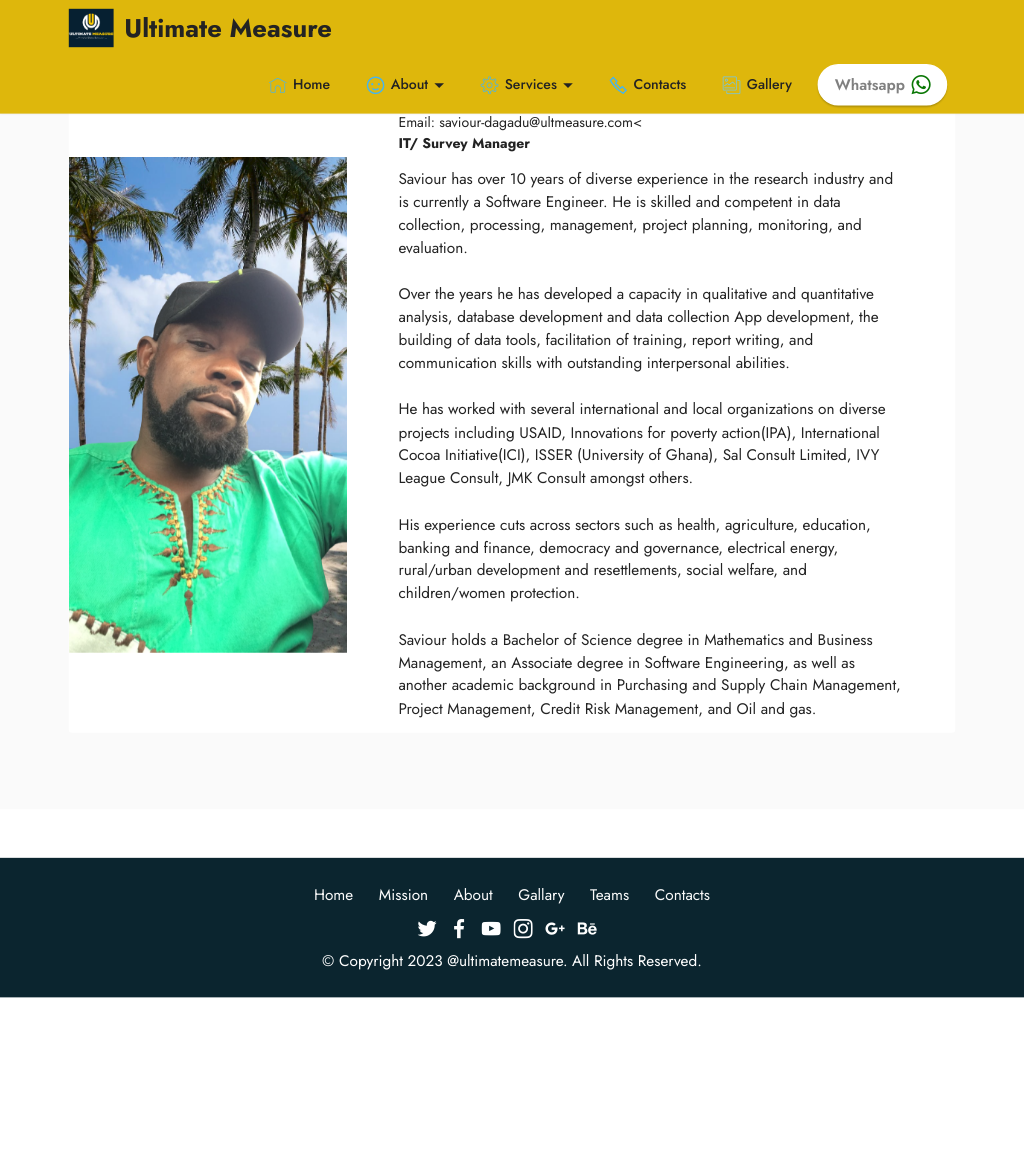
Repository: Saviour-Dagadu/ultMeasure
Page: page4.html
An editor plug-in stored every save of this project. The page is shown before and after the next save, followed by the edit.
The browser window is 1280 px wide. The pictures show the whole page, at 80% of full size.

Above is the page before, as saved 2023-07-19 03:44:10.

After the next save:
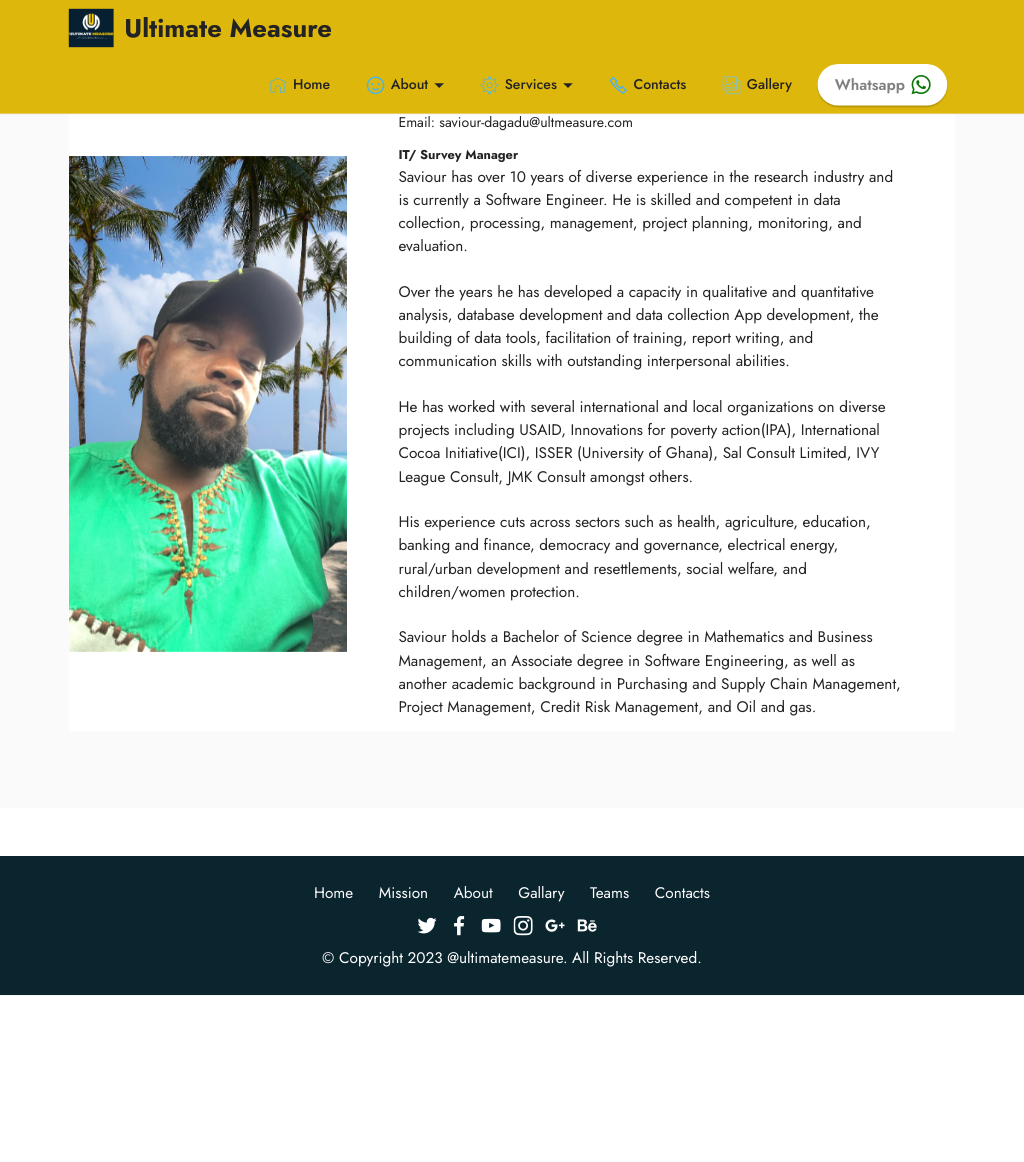
Saved 4 s later.
--- a/page4.html
+++ b/page4.html
@@ -51,7 +51,7 @@
                     <div class="col-12 col-md">
                         <div class="card-box">
                             <h5 class="card-title mbr-fonts-style m-0 mb-3 display-5"><p><strong>Saviour Dagadu</strong>&nbsp;&nbsp;</p></h5>
-                            <h6 class="card-subtitle mbr-fonts-style mb-3 display-4">Email: saviour-dagadu@ultmeasure.com<
+                            <h6 class="card-subtitle mbr-fonts-style mb-3 display-4">Email: saviour-dagadu@ultmeasure.com</h6>
 <div><strong>IT/ Survey Manager</strong></div></h6>
                             <p class="mbr-text mbr-fonts-style display-7">Saviour has over 10 years of diverse experience in the research industry and is currently a Software Engineer. He is skilled and competent in data collection, processing, management, project planning, monitoring, and evaluation.
 <br>
